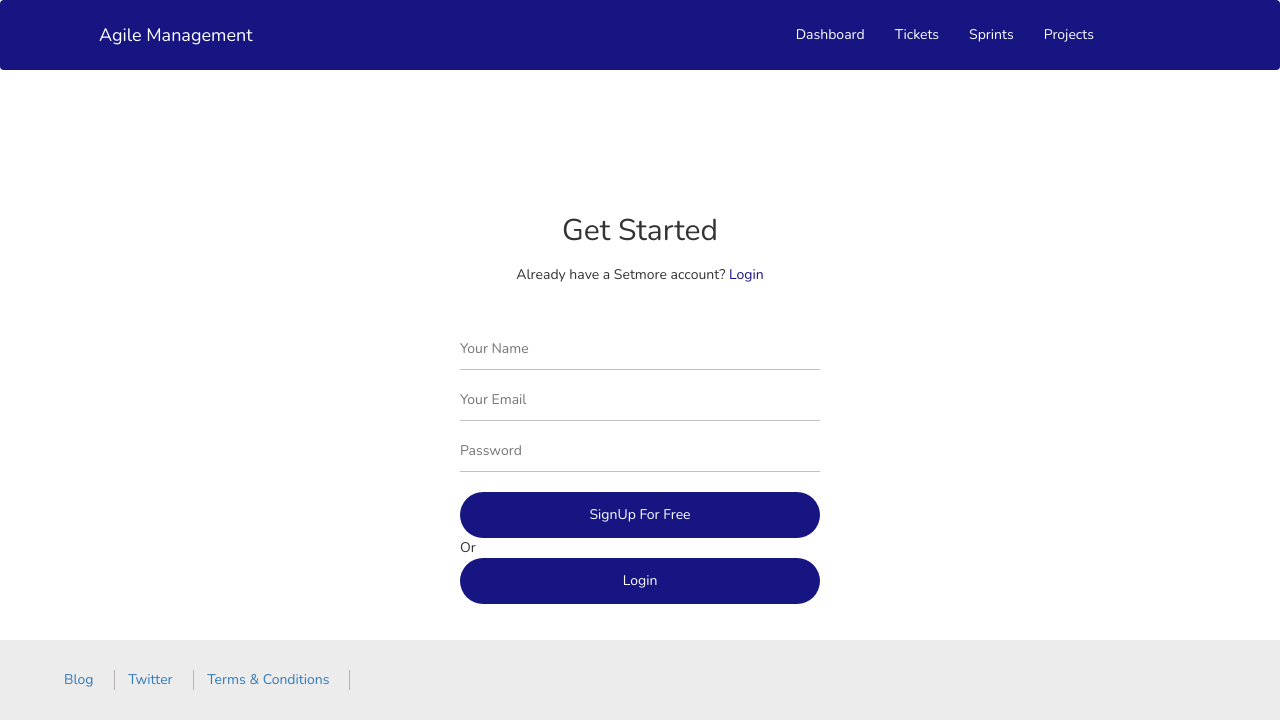
Repository: princexavier/agil
Page: http://localhost/Agile/index.jsp
An editor plug-in stored every save of this project. The page is shown before and after the next save, followed by the edit.
The browser window is 1280 px wide. The pictures show the whole page.
Some web libraries are served in a nearby version. The page is served by Tomcat 9. Other server files are loaded and not shown.

Above is the page before, as saved 2018-01-19 05:06:13.

### workspace/Agile/WebContent/index.jsp
<%@ page language="java" contentType="text/html; charset=ISO-8859-1"
	pageEncoding="ISO-8859-1"%>
<!DOCTYPE html>
<html lang="en">

<head>
    <meta charset="UTF-8">
    <title>Registration</title>
    <link href="https://fonts.googleapis.com/css?family=Nunito" rel="stylesheet">
    <link rel="stylesheet" href="https://maxcdn.bootstrapcdn.com/bootstrap/3.3.7/css/bootstrap.min.css">
    <!-- jQuery library -->
    <script src="https://ajax.googleapis.com/ajax/libs/jquery/3.2.1/jquery.min.js"></script>
    <!-- Latest compiled JavaScript -->
    <script src="https://maxcdn.bootstrapcdn.com/bootstrap/3.3.7/js/bootstrap.min.js"></script>
    <link rel="stylesheet" href="css/style.css">
    <link rel="stylesheet" href="https://maxcdn.bootstrapcdn.com/font-awesome/4.7.0/css/font-awesome.min.css">
</head>

<body style="font-family: 'Nunito', sans-serif;">
    <header>
        <nav class="navbar navbar-default">
            <div class="container-fluid">
                <div class="navbar-header">
                    <a class="navbar-brand" href="#">Agile Management</a>
                </div>
                <ul class="nav navbar-nav">
                    <li class="active"><a href="#">Dashboard</a></li>
                    <li><a href="ticket.html">Tickets</a></li>
                    <li><a href="ticket.html">Sprints</a></li>
                    <li><a href="#">Projects</a></li>
                </ul>
            </div>
        </nav>
    </header>

    <div class="container">
    	<div class="row">
    		<div class="col-md-4"></div>
    		<div class="col-md-4">
    			<form action=""class="reg-form">
    				<h2>Get Started</h2>
    				<p style="margin-bottom: 15%;text-align:center;">Already have a Setmore account? <a style="color:#161582;">Login</a><p>
    				<input type="text" placeholder="Your Name">
    				<input type="text" placeholder="Your Email">
    				<input type="text" placeholder="Password">
    				<button class="sign-up">SignUp For Free</button>
    				<span>Or</span>
    			    <button class="sign-up">Login</button>
    			</form>
    		</div>
    		<div class="col-md-4"></div>
    	</div>
    </div>
    <footer>
        <ul class="foot-content">
            <li>
                <a href="#">Blog</a>
            </li>
            <li>
                <a href="#">Twitter</a>
            </li>
            <li>
                <a href="#">Terms & Conditions</a>
            </li>
        </ul>
    </footer>
</body>

</html>

### workspace/Agile/WebContent/css/style.css
* {
	margin: 0px;
	padding: 0px;
	text-decoration: none;
	list-style-type: none;
}

a:hover {
	text-decoration: none;
}

.reg-form {
	margin-top: 40%;
}

.sign-up {
	outline:none;
	border: none;
	display: block;
	width: 100%;
	padding: 13px;
	border-radius: 40px;
	background: #161582;
	color: #fff;
}
.reg-form h2{
	margin-top: 20%;
    margin-bottom: 5%;
    text-align: center;
}
.reg-form >span{
	display:block;
	padding-top:22px;
	padding-bottom:22px;
	text-align:center;
}
.reg-form input {
	cursor: pointer;
	padding-bottom: 10px;
	margin-bottom: 20px;
	outline: none;
	display: block;
	width: 100%;
	border: none;
	border-bottom: 1px solid #c7bdbd;
	transition: 0.8s ease;
}

.reg-form input:focus {
	border-bottom: 1px solid #161582;
}

.divider-1 {
	display: inline-block;
	width: calc(100%/ 1);
	float: left;
}

.divider-2 {
	display: inline-block;
	width: calc(100%/ 2);
	float: left;
}

.color {
	color: #161582;
	padding-right: 5px;
	cursor: pointer;
	transition: 0.2s ease-in-out;
}

.color:hover {
	color: #16158261;
}

.clearfix:after {
	content: "";
	display: block;
	clear: both;
}

.navbar-nav {
	float: right;
	margin-right: 100px;
}

.navbar-default {
	border: none;
	padding: 10px 56px 10px 84px;
	background: #161582;
	margin-bottom: 0px;
}

.navbar-brand,.navbar-nav>li>a {
	color: #fff !important;
}

nav .active a {
	background-color: transparent !important;
}

.dashboard {
	padding: 20px 0px;
	background: #ececec;
}

.dash-title {
	padding-left: 111px;
}

.auth {
	background: #ececec;
	padding: 20px;
}

.left-content>span {
	display: block;
}

.lab-title {
	padding: 20px 0px;
}

.bg {
	margin-top: 20px;
	padding: 10px 0px;
	background: #a6e4a6;
}

.bg a>button {
	float: right;
	margin-right: 20px;
	border: none;
}

footer {
	position: fixed;
	bottom: 0px;
	width: 100%;
	padding: 20px 0px;
	background: #ececec;
}

.right-bor {
	border-right: 1px solid #ececec;
}

.foot-content:first-child {
	margin-left: 64px;
	margin-top: 10px;
}

.foot-content li {
	border-right: 1px solid #a79a9ab8;
	padding-right: 20px;
	display: inline-block;
	margin-right: 10px;
}

.bar {
	width: 90%;
	background: #ececec;
	border-left: 10px solid blue;
}

.bar>span {
	float: right;
}

/*Ticket page style */
.btn-style {
	border: none;
	color: #fff;
	outline: none;
	background: #161582;
	transition: 0.5s ease-in-out;
}

.first-btn {
	margin-left: 150px
}

.btn-style:hover {
	background: #161582a8;
}

.icon-style {
	padding-right: 10px;
}

.events {

}

.list-style {
	padding: 10px 0px;
}

/*New ticket page style*/
.cs-btn {
	padding: 11px 10px;
	margin-left: 150px;
	color: #ffff;
	background: #161582;
	transition: 0.5s ease-in-out;
}

.cs-btn:hover {
	background: #1615825c;
	color: #fff;
}

textarea {
	resize: none;
}

.nav-tabs {
	margin-bottom: 50px;
}

label {
	font-weight: 300;
}

.btn-primary {
	background-color: #161582;
}

#menu4>p {
	padding: 20px 10px;
	background: #ececec;
	margin-bottom: 40px;
}

input[type="date"] {
	border-radius: 4px;
}

After the next save:
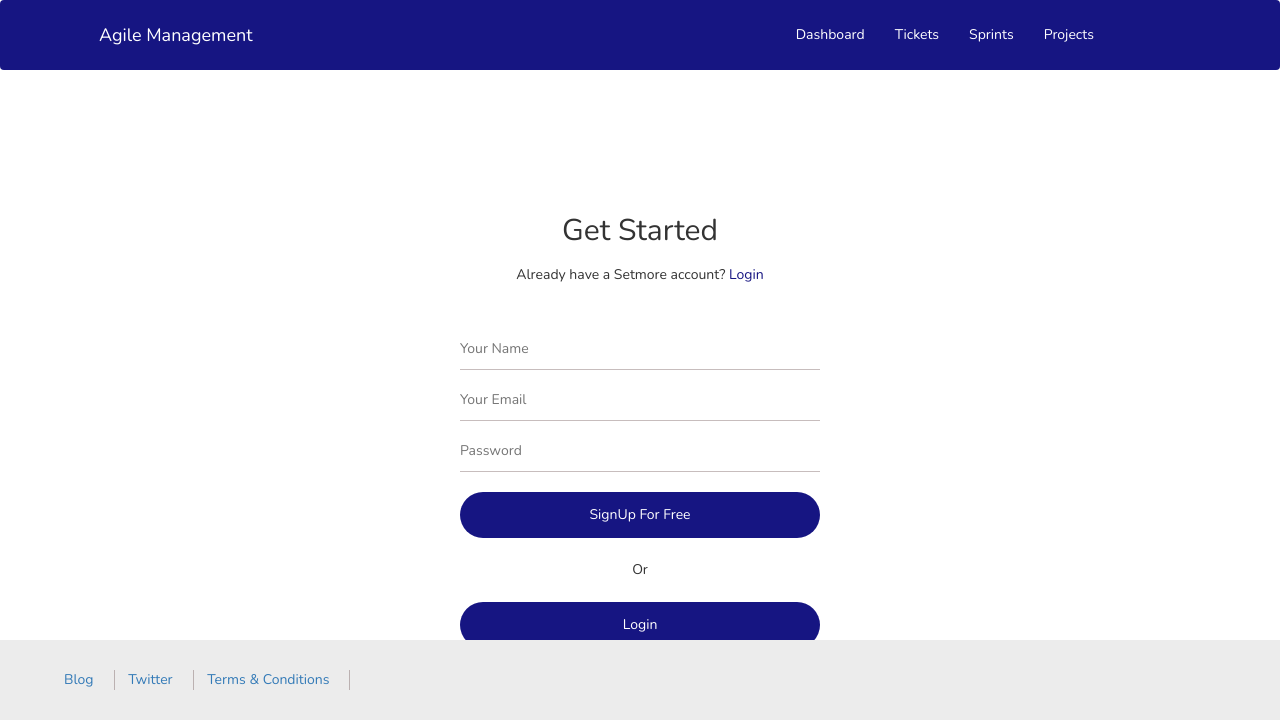
Saved 19 s later.
--- a/workspace/Agile/WebContent/css/style.css
+++ b/workspace/Agile/WebContent/css/style.css
@@ -28,7 +28,7 @@ a:hover {
     margin-bottom: 5%;
     text-align: center;
 }
-.reg-form >span{
+.reg-form span{
 	display:block;
 	padding-top:22px;
 	padding-bottom:22px;
